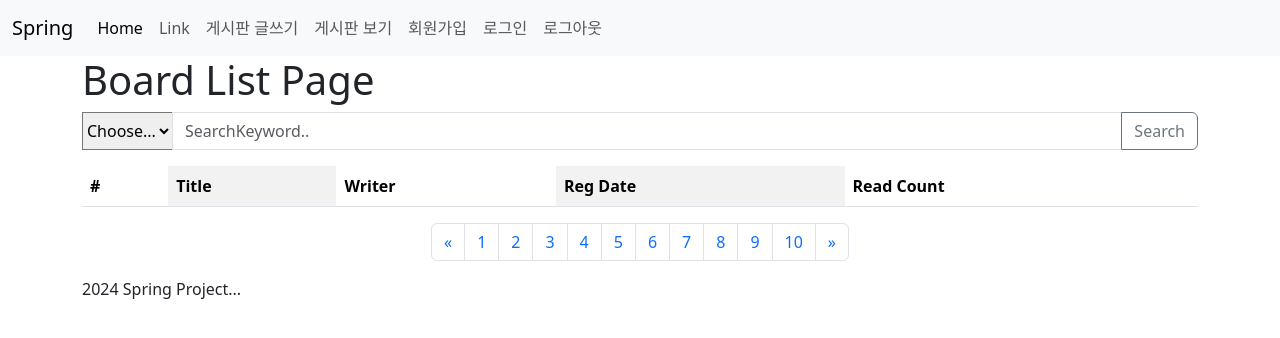
Repository: gajami-kim/240430_Spring_Study
Page: http://localhost/spring_study/WEB-INF/views/board/list.jsp
These files come from the project's save history. The page is drawn as it stood at one moment and after the next save; the edit follows.
The browser window is 1280 px wide. The pictures show the whole page.
The page is served by Tomcat 9. Nobody is signed in. The template is opened directly, without the code that normally fills it, so the values that code supplies are empty.

Above is the page before, as saved 2024-04-24 08:43:05.

After the next save:
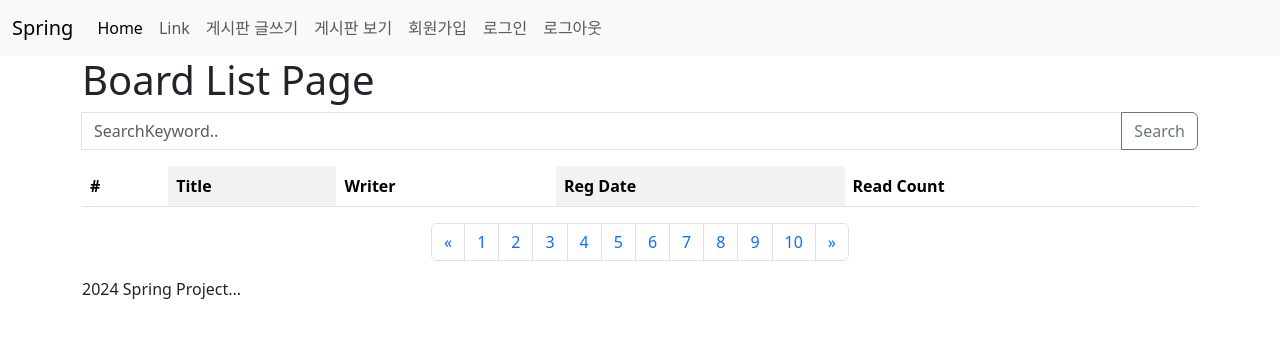
Saved 4 s later.
--- a/spring_study/src/main/webapp/WEB-INF/views/board/list.jsp
+++ b/spring_study/src/main/webapp/WEB-INF/views/board/list.jsp
@@ -8,7 +8,7 @@
 	<!-- 검색라인 -->
 	<form action="">
 		<div class="input-group mb-3">
-		  <select class="class="dropdown-menu"" id="inputGroupSelect02">
+		  <select class="dropdown-menu" id="inputGroupSelect02">
 		    <option selected>Choose...</option>
 		    <option value="t">Title</option>
 		    <option value="w">Writer</option>
